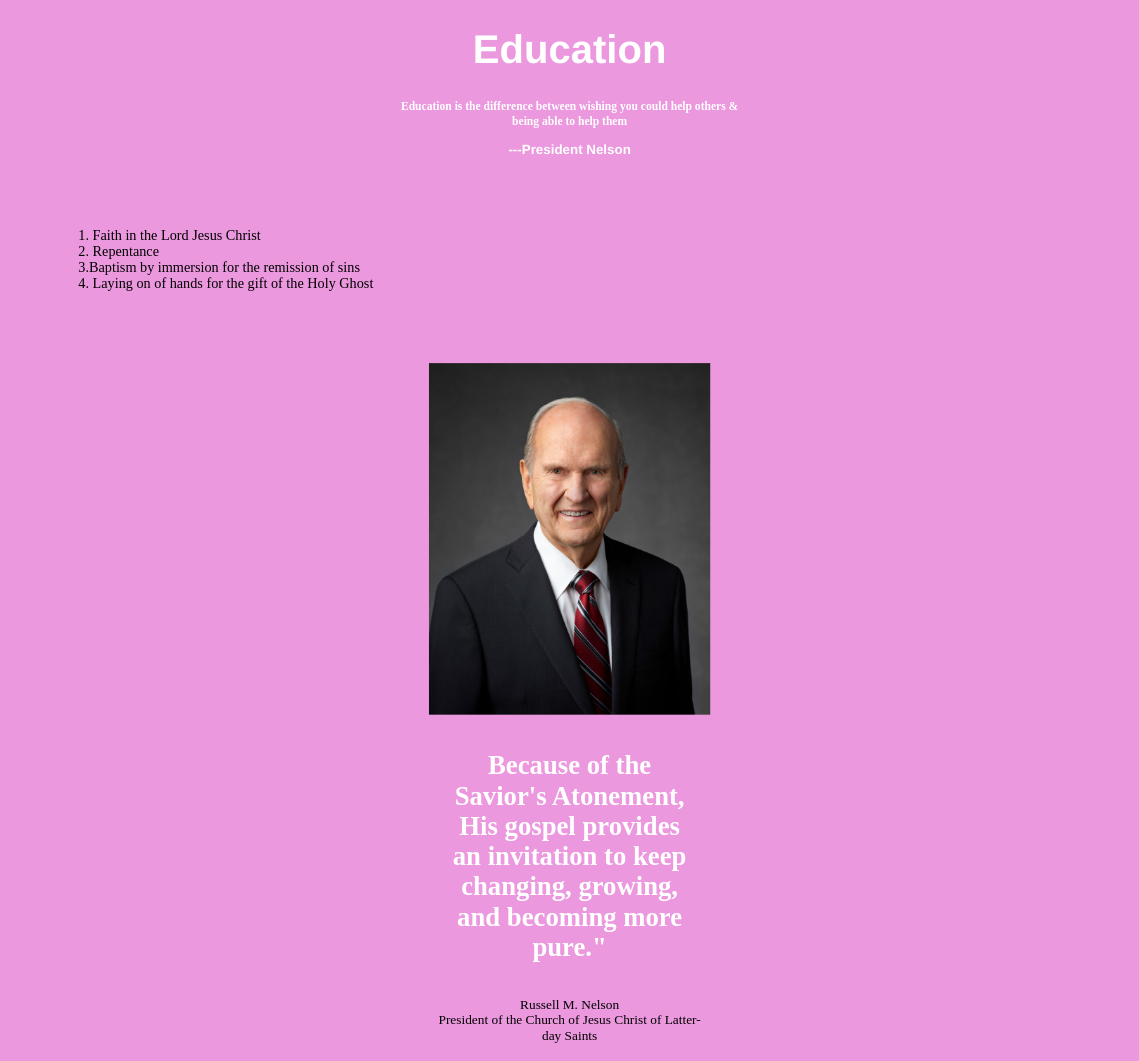
Repository: mszakutumela/wdd130
Page: W04_Challenge/index.html
These files come from the project's save history. The page is drawn as it stood at one moment and after the next save; the edit follows.
The browser window is 1280 px wide. The pictures show the whole page, at 89% of full size.

Above is the page before, as saved 2023-06-05 13:10:17.

### W04_Challenge/index.html
<!DOCTYPE html>
<html lang="en">
<head>
    <title>W04 Challenge</title>
    <link rel="stylesheet" href="styles/styles.css" />
</head>
<body>
    <main>
        <h1>Education</h1>
        <h2>Education is the difference between wishing you could help others & <br>
            being able to help them</h2>
        <h3>---President Nelson</h3>
        <p> 1. Faith in the Lord Jesus Christ <br>
            2. Repentance <br>
            3.Baptism by immersion for the remission of sins <br>
            4. Laying on of hands for the gift of the Holy Ghost</p>
        <img alt="Image of President Nelson" src="images/russell_nelson_official_portrait_2018.jpeg">
        <h4>Because of the <br>
            Savior's Atonement, <br>
            His gospel provides <br>
            an invitation to keep <br>
            changing, growing, <br>
            and becoming more <br>
            pure."</h4>
    </main>
    <footer>
        <p>Russell M. Nelson <br>
            President of the Church of Jesus Christ of Latter- <br>
            day Saints</p>
    </footer>

</body>
</html>

### W04_Challenge/styles/styles.css
body {
    /* text-align: center; */
    background-color: rgb(235, 152, 222);
    }
img {
    width: 25%;
    display: block;
    margin: 0 auto;
}
h1 {
    color: white;
    text-align: center;
    font-size: 45px;
    font-family: Franklin Gothic Medium;
}
h2 {
    color: white;
    text-align: center;
    font-size: 13px;
}
h3 {
    color: white;
    text-align: center;
    font-size: 15px;
    font-family: Franklin Gothic Medium;
}
p {
    color: black;
    margin: 80px;
    /* text-align: center;   */
}
h4 {
    color: white;
    text-align: center;
    font-size: 30px;
}
footer p {
    font-size: 15px;
    margin: 20px auto;
    text-align: center;
}

After the next save:
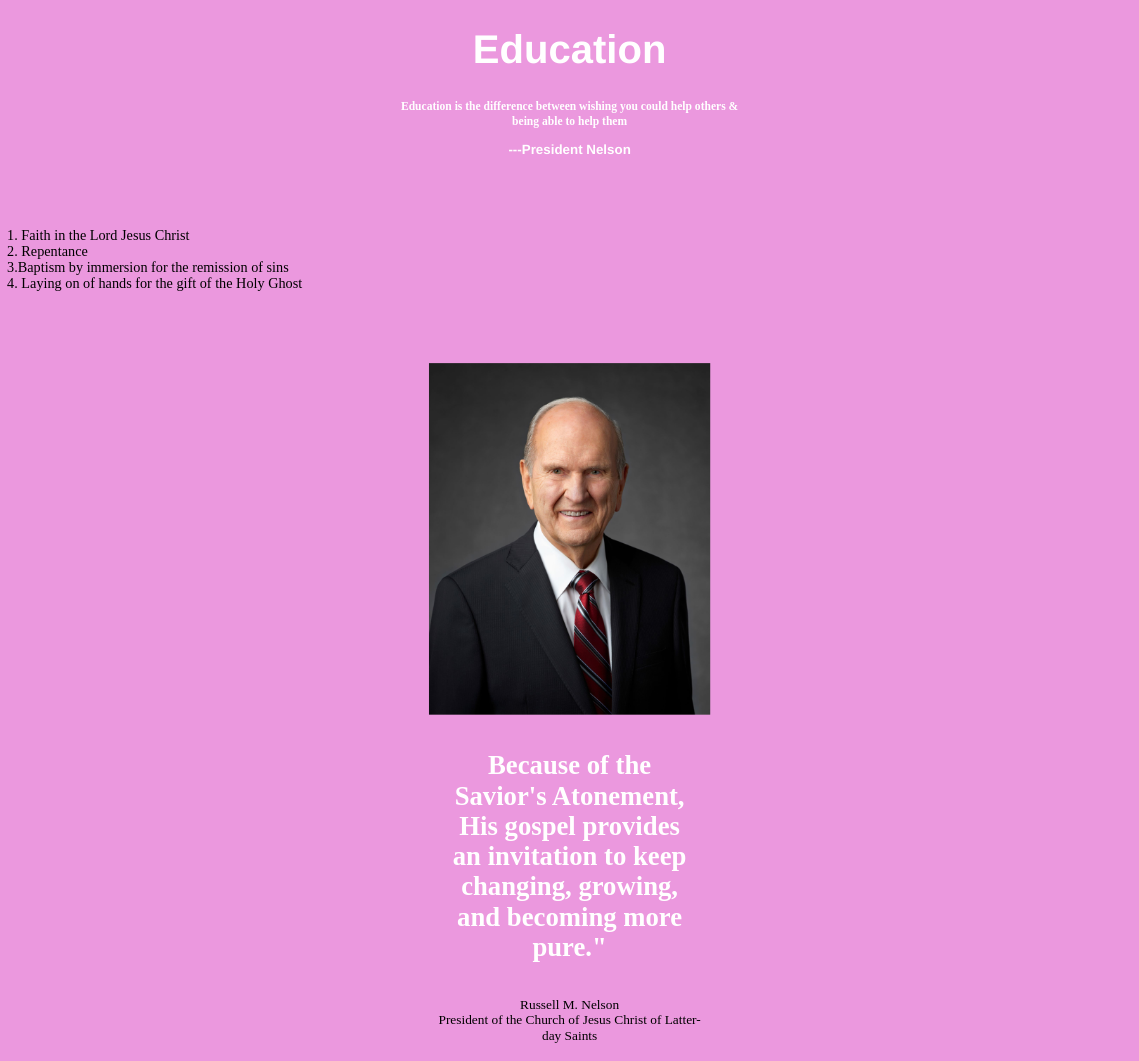
Saved 17 s later.
--- a/W04_Challenge/styles/styles.css
+++ b/W04_Challenge/styles/styles.css
@@ -26,7 +26,7 @@
 }
 p {
     color: black;
-    margin: 80px;
+    margin: 80px auto;
     /* text-align: center;   */
 }
 h4 {

After the save that followed:
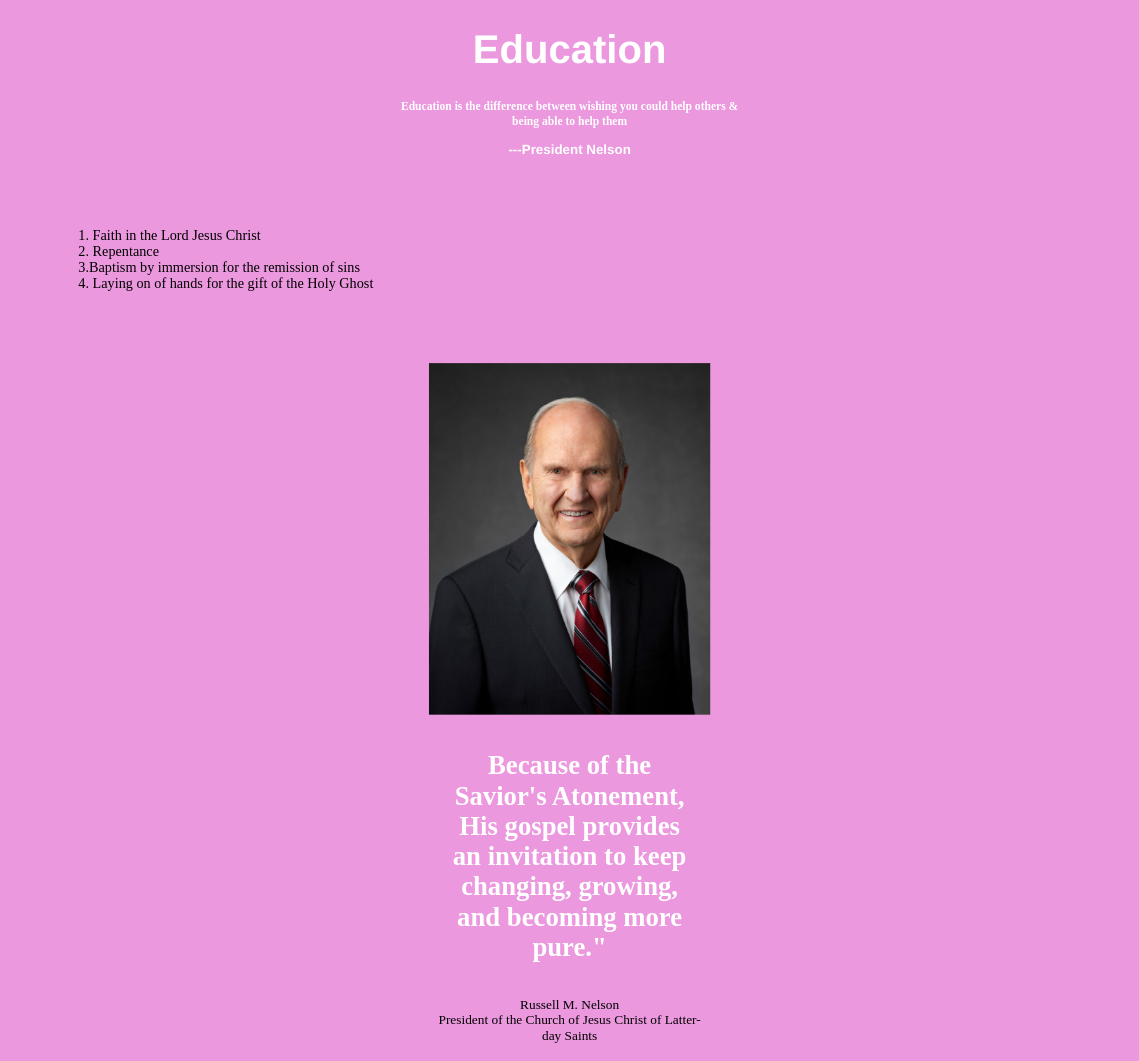
Saved 86 s later.
--- a/W04_Challenge/styles/styles.css
+++ b/W04_Challenge/styles/styles.css
@@ -26,7 +26,7 @@
 }
 p {
     color: black;
-    margin: 80px auto;
+    margin: 80px;
     /* text-align: center;   */
 }
 h4 {
